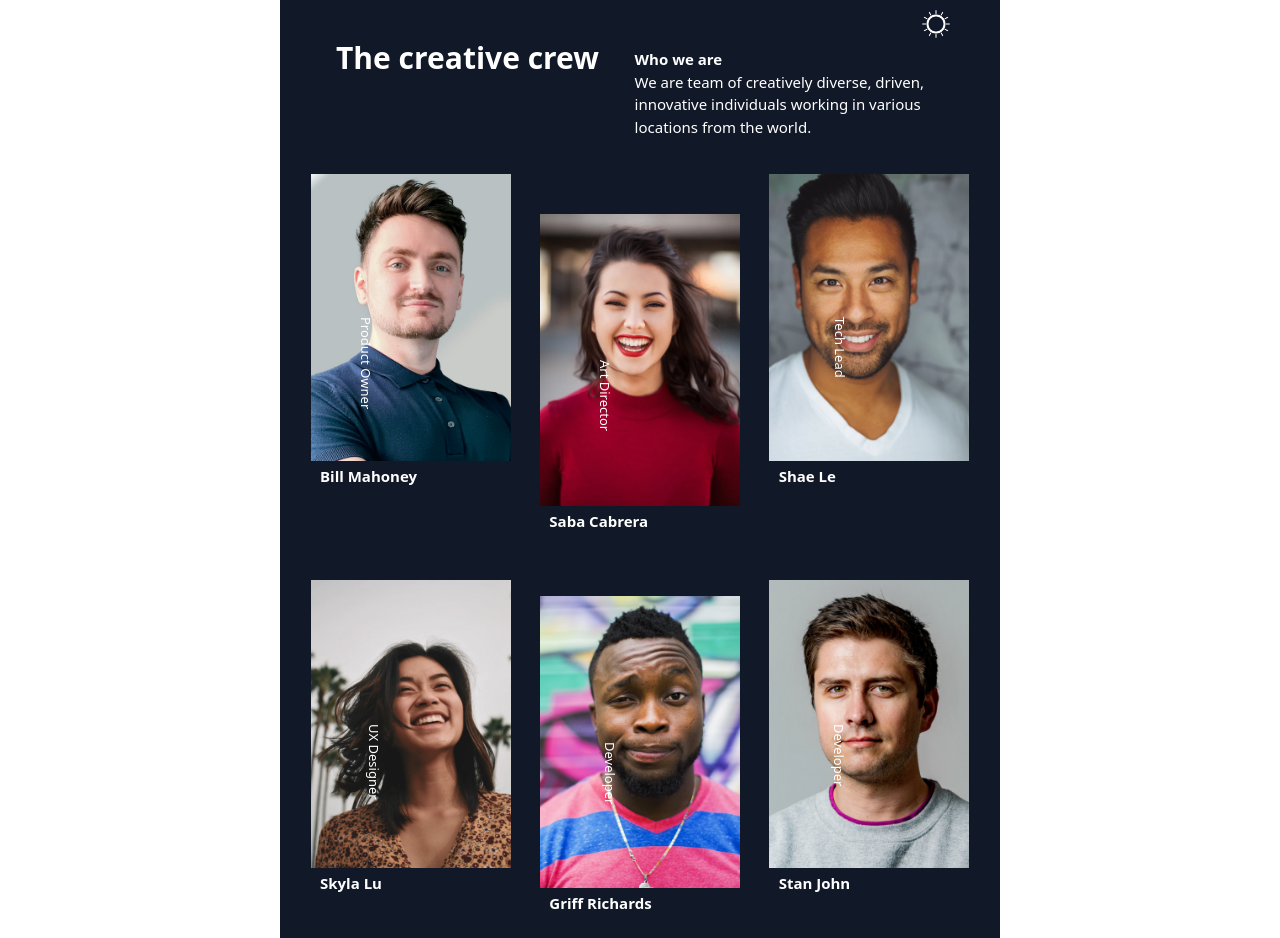
Repository: Alzate1075/Funval-G3-N2
Page: /
These files come from the project's save history. The page is drawn as it stood at one moment and after the next save; the edit follows.
The browser window is 1280 px wide. The pictures show the whole page.
The project was rebuilt for these pictures with package versions that can differ from the ones it lists, and the page was loaded fresh each time. Also part of the build but not shown: vite.config.js.

Above is the page before, as saved 2025-07-03 11:18:45.

After the next save:
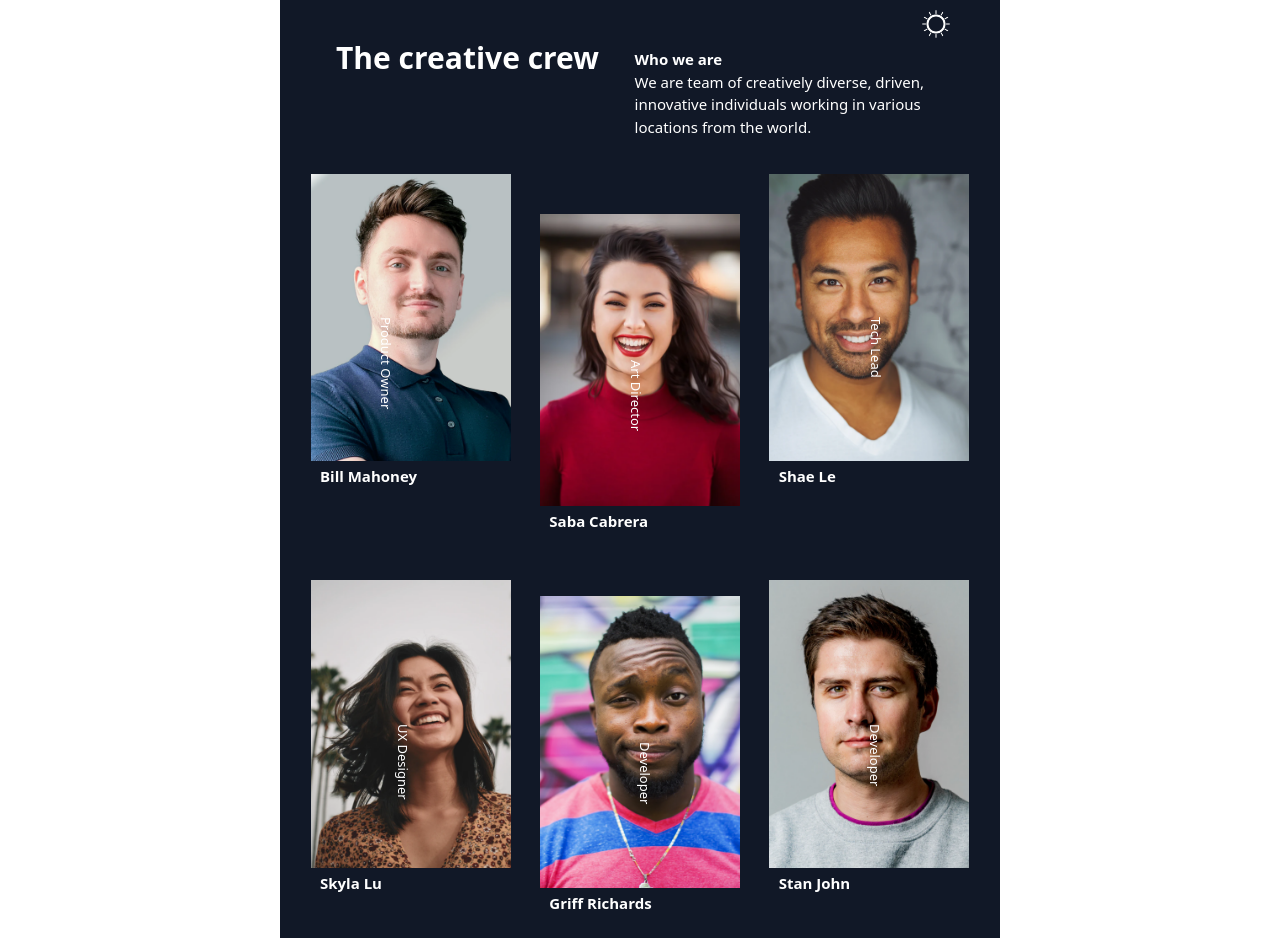
Saved 8 s later.
--- a/src/components/TeamCard.jsx
+++ b/src/components/TeamCard.jsx
@@ -4,7 +4,7 @@ export function TeamCard(props) {
     <div className={`${props.extraClass}`}>
       <div className="text-black md:text-white md:flex md:items-center md:justify-center gap-2 relative">
         <img src={props.image} alt={props.name} className="md:w-[200px] w-20" />
-        <span className="absolute top-1/2 -translate-y-1/2 rotate-90 origin-left text-[10px] md:text-[13px]">
+        <span className="absolute right-10 top-1/2 -translate-y-1/2 rotate-90 origin-left text-[10px] md:text-[13px]">
           {props.role}
         </span>
       </div>
